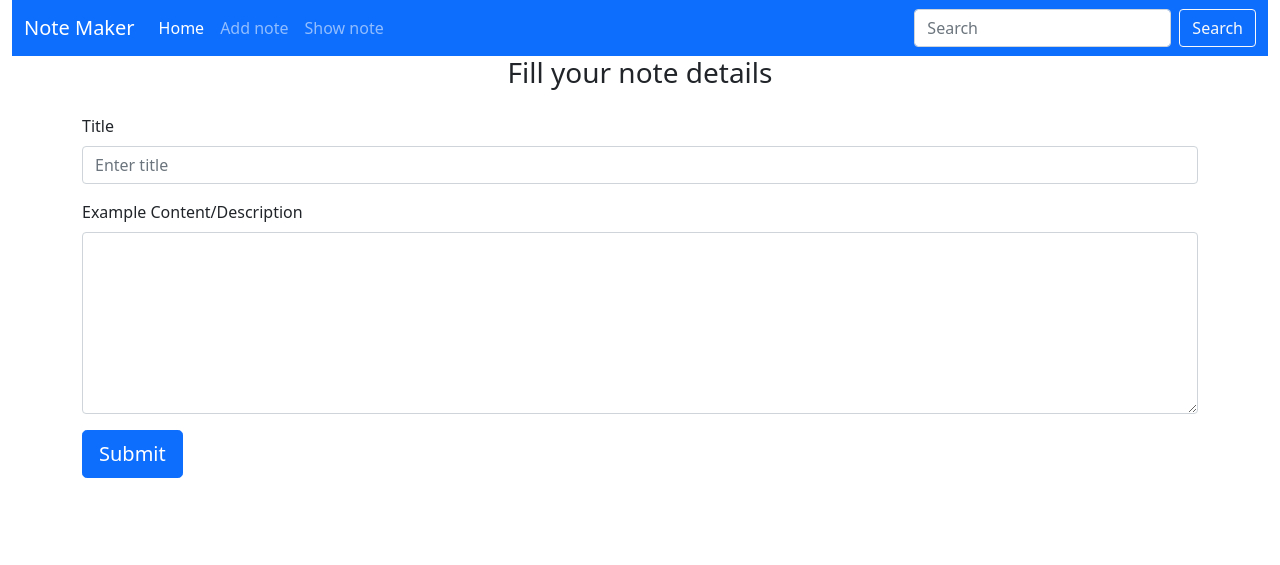
Repository: sachin1830/hibernateproject
Page: http://localhost/com.todolist/add_note.jsp
The author's editor kept a copy of each file at every save. The page is drawn from the files as they stood at one save, then again after the next save.
The browser window is 1280 px wide. The pictures show the whole page.
Some web libraries are served in a nearby version. The page is served by Tomcat 9.

Above is the page before, as saved 2021-01-22 04:26:36.

After the next save:
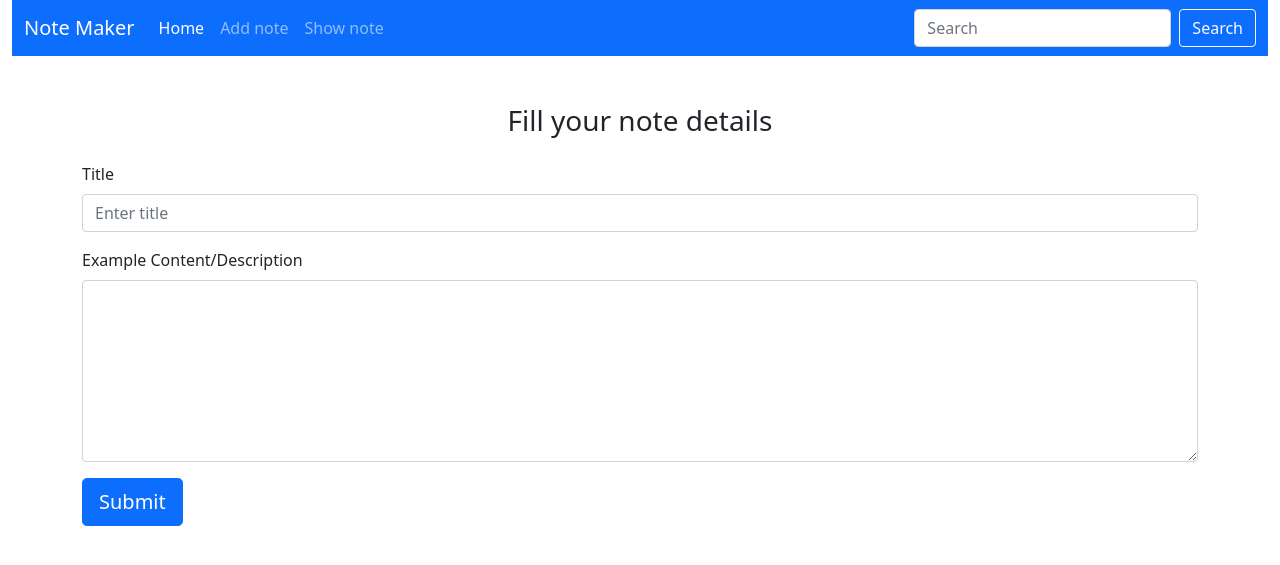
Saved 20 s later.
--- a/com.todolist/src/main/webapp/add_note.jsp
+++ b/com.todolist/src/main/webapp/add_note.jsp
@@ -22,7 +22,7 @@
 
 	</div>
 	<div>
-	<h3 class="text-center">Fill your note details</h3>
+	<h3 class="text-center mt-5">Fill your note details</h3>
 	</div>
 	<div class="container mt-4">
 		<form>
